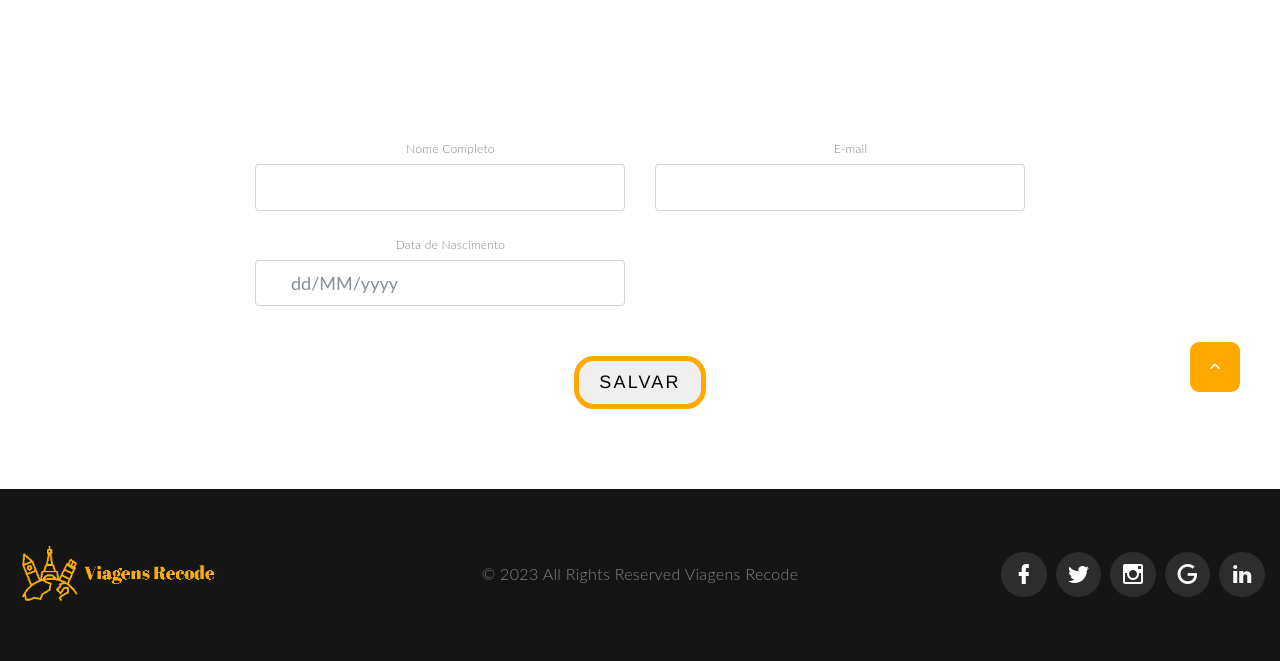
Repository: LiraS23/RecodePro2023-Modulo-4
Page: http://localhost/Modulo4/editarCliente.jsp
These files come from the project's save history. The page is drawn as it stood at one moment and after the next save; the edit follows.
The browser window is 1280 px wide. The pictures show the part of the page from y = 388 to 1049 px (the page is 1049 px tall).
Some web fonts or font styles are not loaded; a fallback is used. The page is served by Tomcat 10. Other server files are loaded and not shown.

Above is the page before, as saved 2023-11-02 17:42:53.

### java/Modulo4/src/main/webapp/editarCliente.jsp
<%@ page language="java" contentType="text/html; charset=UTF-8"
	pageEncoding="UTF-8"%>
<!DOCTYPE html>
<html lang="pt-br">
<head>
<meta charset="UTF-8">
<meta name="viewport"
	content="width=device-width, height=device-height, initial-scale=1.0">
<meta http-equiv="X-UA-Compatible" content="IE=edge">
<title>Editar Cliente</title>

<link rel="icon" href="assets/images/favicon.ico" type="image/x-icon">
<link rel="stylesheet" type="text/css"
	href="assets/fonts.googleapis.com/css?family=Oswald:200,400%7CLato:300,400,300italic,700%7CMontserrat:900">
<link rel="stylesheet" href="assets/css/bootstrap.css">
<link rel="stylesheet" href="assets/css/style.css">
<link rel="stylesheet" href="assets/css/fonts.css">
</head>
<body>
	<div class="page">
		<header
			class="section page-header breadcrumbs-custom-wrap bg-gradient bg-secondary-2 novi-background bg-cover">
			<!-- RD Navbar-->
			<div class="rd-navbar-wrap rd-navbar-default">
				<nav class="rd-navbar" data-layout="rd-navbar-fixed"
					data-sm-layout="rd-navbar-fixed" data-md-layout="rd-navbar-fixed"
					data-md-device-layout="rd-navbar-fixed"
					data-lg-layout="rd-navbar-fullwidth"
					data-xl-layout="rd-navbar-static"
					data-lg-device-layout="rd-navbar-fixed"
					data-xl-device-layout="rd-navbar-static"
					data-md-stick-up-offset="2px" data-lg-stick-up-offset="2px"
					data-stick-up="true" data-sm-stick-up="true"
					data-md-stick-up="true" data-lg-stick-up="true"
					data-xl-stick-up="true">
					<div class="rd-navbar-inner">
						<!-- RD Navbar Panel-->
						<div class="rd-navbar-panel">
							<!-- RD Navbar Toggle-->
							<button class="rd-navbar-toggle"
								data-rd-navbar-toggle=".rd-navbar-nav-wrap">
								<span></span>
							</button>
							<!-- RD Navbar Brand-->
							<div class="rd-navbar-brand">
								<a class="brand-name" href="index.html"><img
									class="logo-default"
									src="assets/images/logo-default-208x46.png" alt="" width="208"
									height="46" /><img class="logo-inverse"
									src="assets/images/logo-inverse-208x46.png" alt="" width="208"
									height="46" /></a>
							</div>
						</div>
						<div class="rd-navbar-aside-right">
							<div class="rd-navbar-nav-wrap">
								<!-- RD Navbar Nav-->
								<ul class="rd-navbar-nav">
									<li><a href="index.html">Home</a></li>
									<li><a href="destinos.jsp">Destinos</a></li>
									<li><a href="promocoes.html">Promoções</a></li>
									<li><a href="contato.html">Contato</a></li>
									<li class="active"><a href="cliente.jsp">Cliente</a></li>
								</ul>
							</div>
						</div>
						<div class="rd-navbar-aside-right">
							<a class="button button-sm button-secondary button-nina"
								href="pedidos.html">Reserve um passeio agora</a>
						</div>
					</div>
				</nav>
			</div>
			<!-- Breadcrumbs-->
			<section class="breadcrumbs-custom"
				style="background: url(&quot;https://travelplustur.com.br/wp-content/uploads/2022/04/travelplus-tur-22.jpg&quot;); background-size: cover;">
				<div class="container">
					<p class="breadcrumbs-custom-subtitle">Edite seu</p>
					<p class="heading-1 breadcrumbs-custom-title">Cadastro</p>
				</div>
			</section>

		</header>

		<!-- Cadastro-->
		<section class="section section-lg bg-default text-center">
			<div class="container">
				<div class="row justify-content-center">
					<div class="col-md-8">
						<!--form-->
						<form id="editForm" data-form-output="form-output-global"
							data-form-type="edicao" method="post"
							action="/Modulo4/ClienteController">
							<input type="hidden" name="action" value="atualizar"> <input
								type="hidden" id="cpf" name="cpf" value="">
							<div class="row row-fix row-20">
								<div class="col-md-6">
									<div class="form-wrap form-wrap-validation">
										<label class="form-label-outside" for="nome">Nome
											Completo</label> <input class="form-control" id="nome" type="text"
											name="nome" data-constraints="@Required" />
									</div>
								</div>
								<div class="col-md-6">
									<div class="form-wrap form-wrap-validation">
										<label class="form-label-outside" for="email">E-mail</label> <input
											class="form-control" id="email" type="email" name="email"
											data-constraints="@Email @Required" />
									</div>
								</div>
								<div class="col-md-6">
									<div class="form-wrap form-wrap-validation">
										<label class="form-label-outside" for="dataNasc">Data
											de Nascimento</label><input class="form-control" id="dataNasc"
											type="text" name="dataNasc" placeholder="dd/MM/yyyy"
											data-constraints="@Numeric @Required" />
									</div>
								</div>
								<div class="col-sm-12 offset-custom-1">
									<div class="form-button">
										<button class="btn btn-secondary"
											style="border: 5px solid #FFA900; border-radius: 20px;"
											type="button" onclick="atualizarCliente()">Salvar</button>
									</div>
								</div>
							</div>
						</form>
					</div>
				</div>
			</div>
		</section>
		<!-- Footer Minimal-->
		<footer
			class="section page-footer page-footer-minimal novi-background bg-cover text-center bg-gray-darker">
			<div class="container container-wide">
				<div
					class="row row-fix justify-content-sm-center align-items-md-center row-30">
					<div class="col-md-10 col-lg-7 col-xl-4 text-xl-left">
						<a href="index.html"><img class="inverse-logo"
							src="assets/images/logo-inverse-208x46.png" alt="" width="208"
							height="46" /></a>
					</div>
					<div class="col-md-10 col-lg-7 col-xl-4">
						<p class="right">
							&#169;&nbsp;<span class="copyright-year"></span> All Rights
							Reserved Viagens Recode
						</p>
					</div>
					<div class="col-md-10 col-lg-7 col-xl-4 text-xl-right">
						<ul class="group-xs group-middle">
							<li><a
								class="icon novi-icon icon-md-middle icon-circle icon-secondary-5-filled mdi mdi-facebook"
								href="#"></a></li>
							<li><a
								class="icon novi-icon icon-md-middle icon-circle icon-secondary-5-filled mdi mdi-twitter"
								href="#"></a></li>
							<li><a
								class="icon novi-icon icon-md-middle icon-circle icon-secondary-5-filled mdi mdi-instagram"
								href="#"></a></li>
							<li><a
								class="icon novi-icon icon-md-middle icon-circle icon-secondary-5-filled mdi mdi-google"
								href="#"></a></li>
							<li><a
								class="icon novi-icon icon-md-middle icon-circle icon-secondary-5-filled mdi mdi-linkedin"
								href="#"></a></li>
						</ul>
					</div>
				</div>
			</div>
		</footer>
	</div>

	<!-- Global Mailform Output-->
	<div class="snackbars" id="form-output-global"></div>
	<!-- Javascript-->
	<script src="assets/js/core.min.js"></script>
	<script src="assets/js/script.js"></script>
	<script>
		function atualizarCliente() {
			// Obtenha o valor do CPF da URL
			var urlParams = new URLSearchParams(window.location.search);
			var cpf = urlParams.get("cpf");

			// Obtenha os valores dos campos de nome, email e dataNasc
			var nome = $("#nome").val();
			var dataNasc = $("#dataNasc").val();
			var email = $("#email").val();

			// Realize a validação dos campos, se necessário

			// Faça uma solicitação AJAX para o servidor para atualizar o cliente
			$.ajax({
				type : "POST",
				url : "/Modulo4/ClienteController", // A URL deve apontar para o seu servlet
				data : {
					action : "atualizar",
					cpf : cpf,
					nome : nome,
					dataNasc : dataNasc,
					email : email
				// Adicione o campo de email aqui
				},
				success : function(response) {
					alert(response); // Exiba uma mensagem de sucesso ou erro
				},
				error : function() {
					alert('Erro ao atualizar o cliente.');
				}
			});
		}
	</script>


</body>
</html>

Loaded but not shown: java/Modulo4/src/main/webapp/assets/css/bootstrap.css (library); java/Modulo4/src/main/webapp/assets/css/style.css (library); java/Modulo4/src/main/webapp/assets/css/fonts.css (library); java/Modulo4/src/main/webapp/assets/js/core.min.js (library); java/Modulo4/src/main/webapp/assets/js/script.js (1496 lines, source omitted)

After the next save:
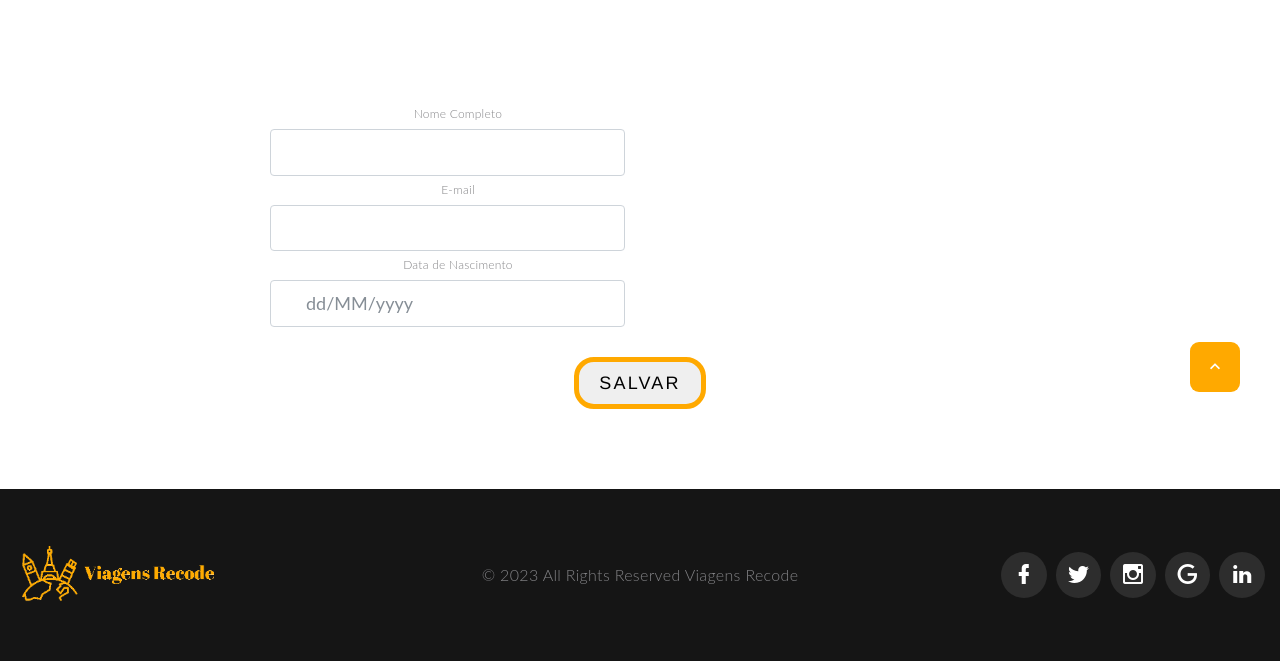
Saved 94 s later.
--- a/java/Modulo4/src/main/webapp/editarCliente.jsp
+++ b/java/Modulo4/src/main/webapp/editarCliente.jsp
@@ -92,35 +92,33 @@
 							action="/Modulo4/ClienteController">
 							<input type="hidden" name="action" value="atualizar"> <input
 								type="hidden" id="cpf" name="cpf" value="">
-							<div class="row row-fix row-20">
-								<div class="col-md-6">
-									<div class="form-wrap form-wrap-validation">
-										<label class="form-label-outside" for="nome">Nome
-											Completo</label> <input class="form-control" id="nome" type="text"
-											name="nome" data-constraints="@Required" />
-									</div>
-								</div>
-								<div class="col-md-6">
-									<div class="form-wrap form-wrap-validation">
-										<label class="form-label-outside" for="email">E-mail</label> <input
-											class="form-control" id="email" type="email" name="email"
-											data-constraints="@Email @Required" />
-									</div>
-								</div>
-								<div class="col-md-6">
-									<div class="form-wrap form-wrap-validation">
-										<label class="form-label-outside" for="dataNasc">Data
-											de Nascimento</label><input class="form-control" id="dataNasc"
-											type="text" name="dataNasc" placeholder="dd/MM/yyyy"
-											data-constraints="@Numeric @Required" />
-									</div>
-								</div>
-								<div class="col-sm-12 offset-custom-1">
-									<div class="form-button">
-										<button class="btn btn-secondary"
-											style="border: 5px solid #FFA900; border-radius: 20px;"
-											type="button" onclick="atualizarCliente()">Salvar</button>
-									</div>
+							<div class="col-md-6">
+								<div class="form-wrap form-wrap-validation">
+									<label class="form-label-outside" for="nome">Nome
+										Completo</label> <input class="form-control" id="nome" type="text"
+										name="nome" data-constraints="@Required" />
+								</div>
+							</div>
+							<div class="col-md-6">
+								<div class="form-wrap form-wrap-validation">
+									<label class="form-label-outside" for="email">E-mail</label> <input
+										class="form-control" id="email" type="email" name="email"
+										data-constraints="@Email @Required" />
+								</div>
+							</div>
+							<div class="col-md-6">
+								<div class="form-wrap form-wrap-validation">
+									<label class="form-label-outside" for="dataNasc">Data
+										de Nascimento</label><input class="form-control" id="dataNasc"
+										type="text" name="dataNasc" placeholder="dd/MM/yyyy"
+										data-constraints="@Numeric @Required" />
+								</div>
+							</div>
+							<div class="col-sm-12 offset-custom-1">
+								<div class="form-button">
+									<button class="btn btn-secondary"
+										style="border: 5px solid #FFA900; border-radius: 20px;"
+										type="button" onclick="atualizarCliente()">Salvar</button>
 								</div>
 							</div>
 						</form>
